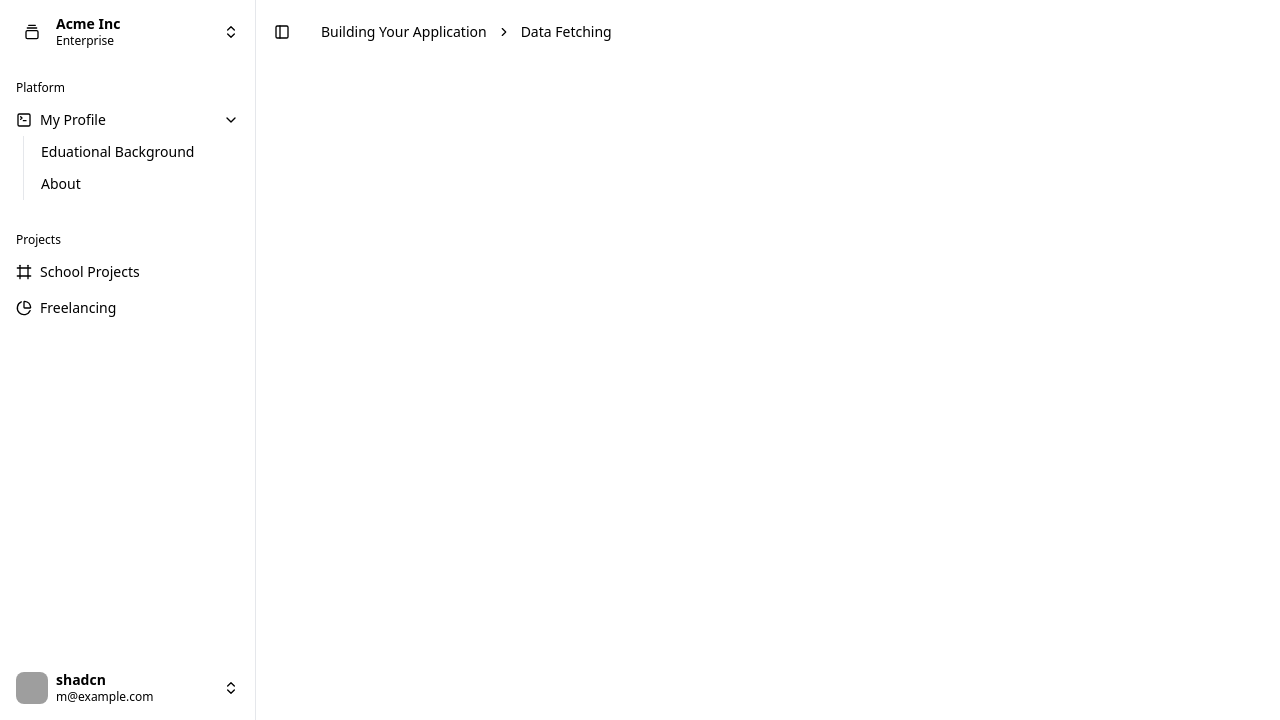
Repository: Kukaas/Kukaass-Portfolio
Page: /
An editor plug-in stored every save of this project. The page is shown before and after the next save, followed by the edit.
The browser window is 1280 px wide. The pictures show the whole page.
Pictures or frames that could not be fetched are drawn as grey boxes. The project was rebuilt for these pictures with package versions that can differ from the ones it lists, and the page was loaded fresh each time. Also part of the build but not shown: vite.config.js, src/components/ui/input.jsx, src/components/ui/sheet.jsx, src/components/ui/skeleton.jsx.

Above is the page before, as saved 2024-12-17 13:11:14.

After the next save:
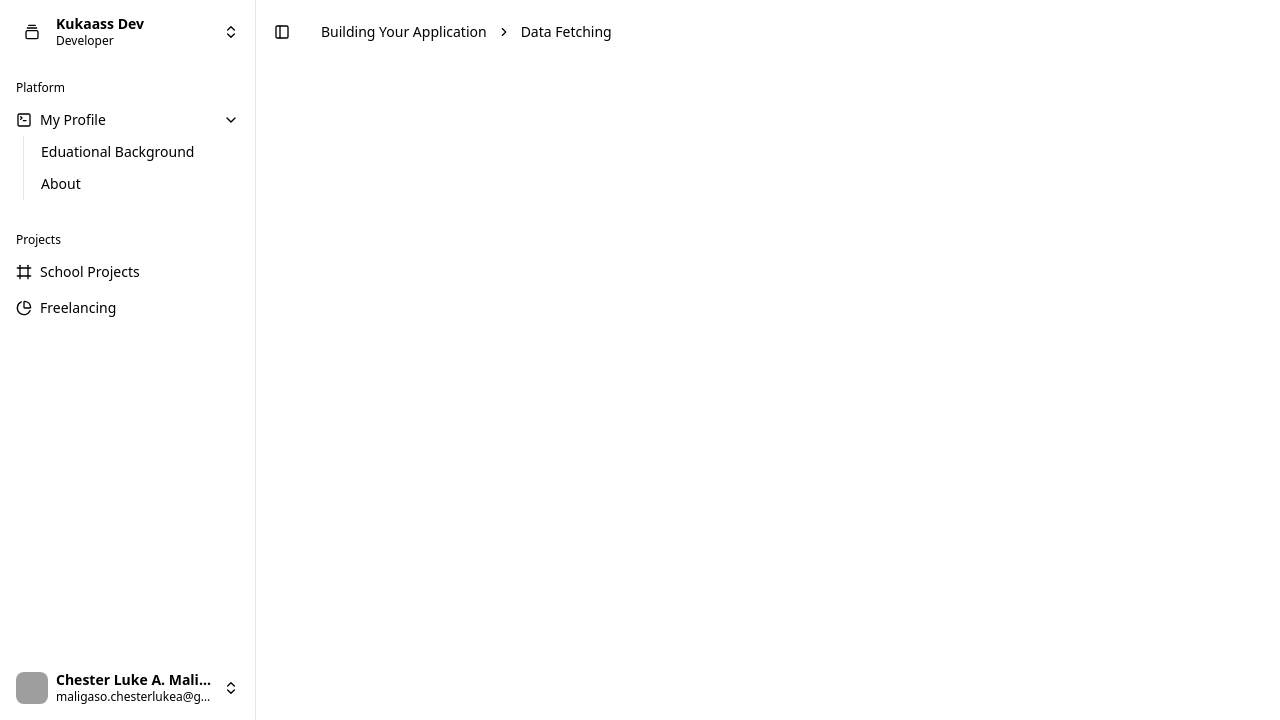
Saved 2 min 50 s later.
--- a/src/components/app-sidebar.jsx
+++ b/src/components/app-sidebar.jsx
@@ -22,25 +22,15 @@ import {
 // This is sample data.
 const data = {
   user: {
-    name: "shadcn",
-    email: "m@example.com",
+    name: "Chester Luke A. Maligaso",
+    email: "maligaso.chesterlukea@gmail.com",
     avatar: "/avatars/shadcn.jpg",
   },
   teams: [
     {
-      name: "Acme Inc",
+      name: "Kukaass Dev",
       logo: GalleryVerticalEnd,
-      plan: "Enterprise",
-    },
-    {
-      name: "Acme Corp.",
-      logo: AudioWaveform,
-      plan: "Startup",
-    },
-    {
-      name: "Evil Corp.",
-      logo: Command,
-      plan: "Free",
+      plan: "Developer",
     },
   ],
   navMain: [
